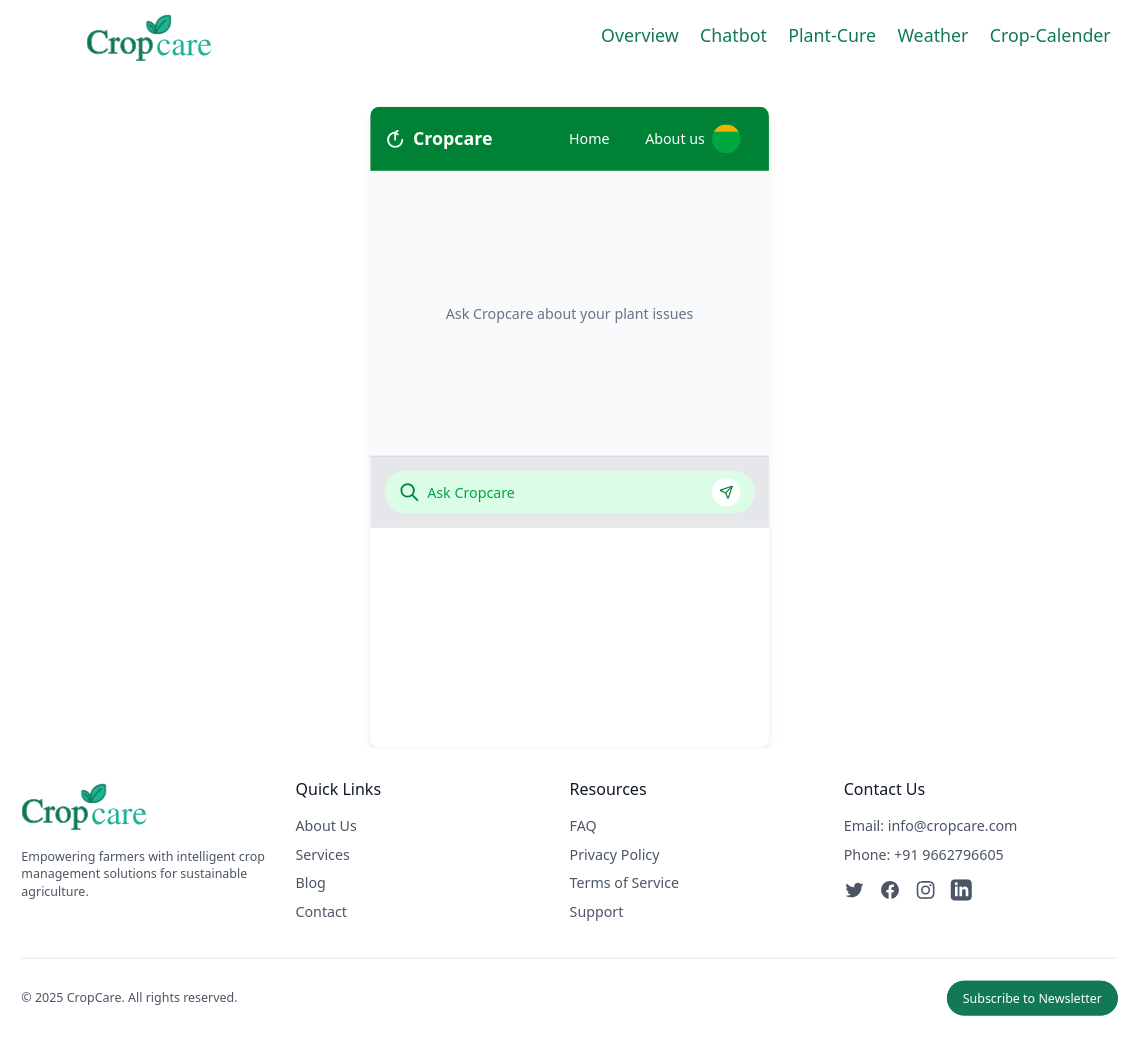
Repository: VishwaaBhavsar/Cropcare
Page: /services/chat
An editor plug-in stored every save of this project. The page is shown before and after the next save, followed by the edit.
The browser window is 1280 px wide. The pictures show the whole page, at 89% of full size.
The project was rebuilt for these pictures with package versions that can differ from the ones it lists, and the page was loaded fresh each time. The framework's server and built-in components were replaced by stand-ins that run in the browser. Also part of the build but not shown: next.config.mjs, src/components/HeroNav.jsx.

Above is the page before, as saved 2025-04-20 10:26:28.

### src/app/layout.js


import { Geist, Geist_Mono } from "next/font/google";
import "./globals.css";
import HeroNav from "@/components/HeroNav";
import HeroFooter from "@/components/HeroFooter";

const geistSans = Geist({
  variable: "--font-geist-sans",
  subsets: ["latin"],
});

const geistMono = Geist_Mono({
  variable: "--font-geist-mono",
  subsets: ["latin"],
});

export const metadata = {
  title: "Create Next App",
  description: "Generated by create next app",
};

export default function RootLayout({ children }) {
  return (
    <html lang="en">
      <body
        className={`${geistSans.variable} ${geistMono.variable} antialiased`}
      >
        <HeroNav/>
        {children}
        <HeroFooter/>
      </body>
    </html>
  );
}

### src/app/services/layout.js

import HeroFooter from "@/components/HeroFooter";
import Navbar from "@/components/Navbar";



export default function ServiceLayout({ children }) {
  return (

      <>
        <Navbar/>
        {children}

      </>

  );
}

### src/app/services/chat/page.js
import Chat from "@/pages/Chat";

const page = () => {
    return (
        <div>
            <Chat/>
        </div>
    );
}

export default page;

### src/app/globals.css
@import "tailwindcss";


@custom-variant dark (&:is(.dark *));

@theme inline {
  --color-background: var(--background);
  --color-foreground: var(--foreground);
  --font-sans: var(--font-geist-sans);
  --font-mono: var(--font-geist-mono);
  --color-sidebar-ring: var(--sidebar-ring);
  --color-sidebar-border: var(--sidebar-border);
  --color-sidebar-accent-foreground: var(--sidebar-accent-foreground);
  --color-sidebar-accent: var(--sidebar-accent);
  --color-sidebar-primary-foreground: var(--sidebar-primary-foreground);
  --color-sidebar-primary: var(--sidebar-primary);
  --color-sidebar-foreground: var(--sidebar-foreground);
  --color-sidebar: var(--sidebar);
  --color-chart-5: var(--chart-5);
  --color-chart-4: var(--chart-4);
  --color-chart-3: var(--chart-3);
  --color-chart-2: var(--chart-2);
  --color-chart-1: var(--chart-1);
  --color-ring: var(--ring);
  --color-input: var(--input);
  --color-border: var(--border);
  --color-destructive: var(--destructive);
  --color-accent-foreground: var(--accent-foreground);
  --color-accent: var(--accent);
  --color-muted-foreground: var(--muted-foreground);
  --color-muted: var(--muted);
  --color-secondary-foreground: var(--secondary-foreground);
  --color-secondary: var(--secondary);
  --color-primary-foreground: var(--primary-foreground);
  --color-primary: var(--primary);
  --color-popover-foreground: var(--popover-foreground);
  --color-popover: var(--popover);
  --color-card-foreground: var(--card-foreground);
  --color-card: var(--card);
  --radius-sm: calc(var(--radius) - 4px);
  --radius-md: calc(var(--radius) - 2px);
  --radius-lg: var(--radius);
  --radius-xl: calc(var(--radius) + 4px);
  --animate-accordion-down: accordion-down 0.2s ease-out;
  --animate-accordion-up: accordion-up 0.2s ease-out;

  @keyframes accordion-down {
    from {
      height: 0;
    }
    to {
      height: var(--radix-accordion-content-height);
    }
  }

  @keyframes accordion-up {
    from {
      height: var(--radix-accordion-content-height);
    }
    to {
      height: 0;
    }
  }
}

:root {
  --radius: 0.625rem;
  --background: oklch(1 0 0);
  --foreground: oklch(0.141 0.005 285.823);
  --card: oklch(1 0 0);
  --card-foreground: oklch(0.141 0.005 285.823);
  --popover: oklch(1 0 0);
  --popover-foreground: oklch(0.141 0.005 285.823);
  --primary: oklch(0.21 0.006 285.885);
  --primary-foreground: oklch(0.985 0 0);
  --secondary: oklch(0.967 0.001 286.375);
  --secondary-foreground: oklch(0.21 0.006 285.885);
  --muted: oklch(0.967 0.001 286.375);
  --muted-foreground: oklch(0.552 0.016 285.938);
  --accent: oklch(0.967 0.001 286.375);
  --accent-foreground: oklch(0.21 0.006 285.885);
  --destructive: oklch(0.577 0.245 27.325);
  --border: oklch(0.92 0.004 286.32);
  --input: oklch(0.92 0.004 286.32);
  --ring: oklch(0.705 0.015 286.067);
  --chart-1: oklch(0.646 0.222 41.116);
  --chart-2: oklch(0.6 0.118 184.704);
  --chart-3: oklch(0.398 0.07 227.392);
  --chart-4: oklch(0.828 0.189 84.429);
  --chart-5: oklch(0.769 0.188 70.08);
  --sidebar: oklch(0.985 0 0);
  --sidebar-foreground: oklch(0.141 0.005 285.823);
  --sidebar-primary: oklch(0.21 0.006 285.885);
  --sidebar-primary-foreground: oklch(0.985 0 0);
  --sidebar-accent: oklch(0.967 0.001 286.375);
  --sidebar-accent-foreground: oklch(0.21 0.006 285.885);
  --sidebar-border: oklch(0.92 0.004 286.32);
  --sidebar-ring: oklch(0.705 0.015 286.067);
}

.dark {
  --background: oklch(0.141 0.005 285.823);
  --foreground: oklch(0.985 0 0);
  --card: oklch(0.21 0.006 285.885);
  --card-foreground: oklch(0.985 0 0);
  --popover: oklch(0.21 0.006 285.885);
  --popover-foreground: oklch(0.985 0 0);
  --primary: oklch(0.92 0.004 286.32);
  --primary-foreground: oklch(0.21 0.006 285.885);
  --secondary: oklch(0.274 0.006 286.033);
  --secondary-foreground: oklch(0.985 0 0);
  --muted: oklch(0.274 0.006 286.033);
  --muted-foreground: oklch(0.705 0.015 286.067);
  --accent: oklch(0.274 0.006 286.033);
  --accent-foreground: oklch(0.985 0 0);
  --destructive: oklch(0.704 0.191 22.216);
  --border: oklch(1 0 0 / 10%);
  --input: oklch(1 0 0 / 15%);
  --ring: oklch(0.552 0.016 285.938);
  --chart-1: oklch(0.488 0.243 264.376);
  --chart-2: oklch(0.696 0.17 162.48);
  --chart-3: oklch(0.769 0.188 70.08);
  --chart-4: oklch(0.627 0.265 303.9);
  --chart-5: oklch(0.645 0.246 16.439);
  --sidebar: oklch(0.21 0.006 285.885);
  --sidebar-foreground: oklch(0.985 0 0);
  --sidebar-primary: oklch(0.488 0.243 264.376);
  --sidebar-primary-foreground: oklch(0.985 0 0);
  --sidebar-accent: oklch(0.274 0.006 286.033);
  --sidebar-accent-foreground: oklch(0.985 0 0);
  --sidebar-border: oklch(1 0 0 / 10%);
  --sidebar-ring: oklch(0.552 0.016 285.938);
}

@layer base {
  * {
    @apply border-border outline-ring/50;
  }
  body {
    @apply bg-background text-foreground;
  }
}

### src/components/HeroFooter.jsx
import Link from "next/link";

const Footer = () => {
  const currentYear = new Date().getFullYear();

  return (
    <footer className="bg-white dark:bg-gray-800 mt-auto">
      <div className="container mx-auto px-6 py-8">
        <div className="flex flex-col md:flex-row justify-between">
          {/* Logo and company description */}
          <div className="mb-6 md:mb-0 md:w-1/4">
            <Link href="/">
              <img src="/logo.svg" className="h-16 bg-transparent mb-4" alt="CropCare Logo" />
            </Link>
            <p className="text-gray-600 dark:text-gray-300 text-sm">
              Empowering farmers with intelligent crop management solutions for sustainable agriculture.
            </p>
          </div>

          {/* Quick Links */}
          <div className="md:w-1/4 mb-6 md:mb-0">
            <h3 className="text-lg font-medium text-gray-900 dark:text-white mb-4">Quick Links</h3>
            <ul>
              <li className="mb-2">
                <Link href="/about" className="text-gray-600 dark:text-gray-300 hover:text-[#117955] hover:underline">About Us</Link>
              </li>
              <li className="mb-2">
                <Link href="/services" className="text-gray-600 dark:text-gray-300 hover:text-[#117955] hover:underline">Services</Link>
              </li>
              <li className="mb-2">
                <Link href="/blog" className="text-gray-600 dark:text-gray-300 hover:text-[#117955] hover:underline">Blog</Link>
              </li>
              <li className="mb-2">
                <Link href="/contact" className="text-gray-600 dark:text-gray-300 hover:text-[#117955] hover:underline">Contact</Link>
              </li>
            </ul>
          </div>

          {/* Resources */}
          <div className="md:w-1/4 mb-6 md:mb-0">
            <h3 className="text-lg font-medium text-gray-900 dark:text-white mb-4">Resources</h3>
            <ul>
              <li className="mb-2">
                <Link href="/faq" className="text-gray-600 dark:text-gray-300 hover:text-[#117955] hover:underline">FAQ</Link>
              </li>
              <li className="mb-2">
                <Link href="/privacy" className="text-gray-600 dark:text-gray-300 hover:text-[#117955] hover:underline">Privacy Policy</Link>
              </li>
              <li className="mb-2">
                <Link href="/terms" className="text-gray-600 dark:text-gray-300 hover:text-[#117955] hover:underline">Terms of Service</Link>
              </li>
              <li className="mb-2">
                <Link href="/support" className="text-gray-600 dark:text-gray-300 hover:text-[#117955] hover:underline">Support</Link>
              </li>
            </ul>
          </div>

          {/* Contact Info */}
          <div className="md:w-1/4">
            <h3 className="text-lg font-medium text-gray-900 dark:text-white mb-4">Contact Us</h3>
            <p className="text-gray-600 dark:text-gray-300 mb-2">Email: info@cropcare.com</p>
            <p className="text-gray-600 dark:text-gray-300 mb-2">Phone: +91 9662796605</p>
            <div className="flex mt-4">
              <a href="#" className="mr-4 text-gray-600 hover:text-[#117955]">
                <span className="sr-only">Twitter</span>
                <svg className="h-6 w-6" fill="currentColor" viewBox="0 0 24 24">
                  <path d="M8.29 20.251c7.547 0 11.675-6.253 11.675-11.675 0-.178 0-.355-.012-.53A8.348 8.348 0 0022 5.92a8.19 8.19 0 01-2.357.646 4.118 4.118 0 001.804-2.27 8.224 8.224 0 01-2.605.996 4.107 4.107 0 00-6.993 3.743 11.65 11.65 0 01-8.457-4.287 4.106 4.106 0 001.27 5.477A4.072 4.072 0 012.8 9.713v.052a4.105 4.105 0 003.292 4.022 4.095 4.095 0 01-1.853.07 4.108 4.108 0 003.834 2.85A8.233 8.233 0 012 18.407a11.616 11.616 0 006.29 1.84"></path>
                </svg>
              </a>
              <a href="#" className="mr-4 text-gray-600 hover:text-[#117955]">
                <span className="sr-only">Facebook</span>
                <svg className="h-6 w-6" fill="currentColor" viewBox="0 0 24 24">
                  <path fillRule="evenodd" d="M22 12c0-5.523-4.477-10-10-10S2 6.477 2 12c0 4.991 3.657 9.128 8.438 9.878v-6.987h-2.54V12h2.54V9.797c0-2.506 1.492-3.89 3.777-3.89 1.094 0 2.238.195 2.238.195v2.46h-1.26c-1.243 0-1.63.771-1.63 1.562V12h2.773l-.443 2.89h-2.33v6.988C18.343 21.128 22 16.991 22 12z" clipRule="evenodd"></path>
                </svg>
              </a>
              <a href="#" className="mr-4 text-gray-600 hover:text-[#117955]">
                <span className="sr-only">Instagram</span>
                <svg className="h-6 w-6" fill="currentColor" viewBox="0 0 24 24">
                  <path fillRule="evenodd" d="M12.315 2c2.43 0 2.784.013 3.808.06 1.064.049 1.791.218 2.427.465a4.902 4.902 0 011.772 1.153 4.902 4.902 0 011.153 1.772c.247.636.416 1.363.465 2.427.048 1.067.06 1.407.06 4.123v.08c0 2.643-.012 2.987-.06 4.043-.049 1.064-.218 1.791-.465 2.427a4.902 4.902 0 01-1.153 1.772 4.902 4.902 0 01-1.772 1.153c-.636.247-1.363.416-2.427.465-1.067.048-1.407.06-4.123.06h-.08c-2.643 0-2.987-.012-4.043-.06-1.064-.049-1.791-.218-2.427-.465a4.902 4.902 0 01-1.772-1.153 4.902 4.902 0 01-1.153-1.772c-.247-.636-.416-1.363-.465-2.427-.047-1.024-.06-1.379-.06-3.808v-.63c0-2.43.013-2.784.06-3.808.049-1.064.218-1.791.465-2.427a4.902 4.902 0 011.153-1.772A4.902 4.902 0 015.45 2.525c.636-.247 1.363-.416 2.427-.465C8.901 2.013 9.256 2 11.685 2h.63zm-.081 1.802h-.468c-2.456 0-2.784.011-3.807.058-.975.045-1.504.207-1.857.344-.467.182-.8.398-1.15.748-.35.35-.566.683-.748 1.15-.137.353-.3.882-.344 1.857-.047 1.023-.058 1.351-.058 3.807v.468c0 2.456.011 2.784.058 3.807.045.975.207 1.504.344 1.857.182.466.399.8.748 1.15.35.35.683.566 1.15.748.353.137.882.3 1.857.344 1.054.048 1.37.058 4.041.058h.08c2.597 0 2.917-.01 3.96-.058.976-.045 1.505-.207 1.858-.344.466-.182.8-.398 1.15-.748.35-.35.566-.683.748-1.15.137-.353.3-.882.344-1.857.048-1.055.058-1.37.058-4.041v-.08c0-2.597-.01-2.917-.058-3.96-.045-.976-.207-1.505-.344-1.858a3.097 3.097 0 00-.748-1.15 3.098 3.098 0 00-1.15-.748c-.353-.137-.882-.3-1.857-.344-1.023-.047-1.351-.058-3.807-.058zM12 6.865a5.135 5.135 0 110 10.27 5.135 5.135 0 010-10.27zm0 1.802a3.333 3.333 0 100 6.666 3.333 3.333 0 000-6.666zm5.338-3.205a1.2 1.2 0 110 2.4 1.2 1.2 0 010-2.4z" clipRule="evenodd"></path>
                </svg>
              </a>
              <a href="#" className="text-gray-600 hover:text-[#117955]">
                <span className="sr-only">LinkedIn</span>
                <svg className="h-6 w-6" fill="currentColor" viewBox="0 0 24 24">
                  <path d="M19 0h-14c-2.761 0-5 2.239-5 5v14c0 2.761 2.239 5 5 5h14c2.762 0 5-2.239 5-5v-14c0-2.761-2.238-5-5-5zm-11 19h-3v-11h3v11zm-1.5-12.268c-.966 0-1.75-.79-1.75-1.764s.784-1.764 1.75-1.764 1.75.79 1.75 1.764-.783 1.764-1.75 1.764zm13.5 12.268h-3v-5.604c0-3.368-4-3.113-4 0v5.604h-3v-11h3v1.765c1.396-2.586 7-2.777 7 2.476v6.759z"></path>
                </svg>
              </a>
            </div>
          </div>
        </div>

        {/* Bottom copyright */}
        <div className="border-t border-gray-200 dark:border-gray-700 mt-8 pt-8 flex flex-col md:flex-row justify-between items-center">
          <p className="text-sm text-gray-600 dark:text-gray-300">
            © {currentYear} CropCare. All rights reserved.
          </p>
          <div className="mt-4 md:mt-0">
            <Link href="/subscribe" className="font-medium px-4 py-2 text-sm text-white bg-[#117955] rounded-3xl border-[#117955] border-[2px] hover:bg-white hover:text-[#117955]">
              Subscribe to Newsletter
            </Link>
          </div>
        </div>
      </div>
    </footer>
  );
}

export default Footer;

### src/components/Navbar.jsx
// import Link from "next/link";

// const Navbar = () => {

//     return (
//                 <div className=" z-10 flex flex-row bg-white dark:bg-gray-800 sticky top-0 left-0 right-0 h-20 items-center justify-between p-5">
//                     <Link href='/'><img src={'/logo.svg'} className="h-16 bg-transparent ml-[6vw]"/></Link>
//                     <div>
//                         <Link href='/services' className="text-[#117955] hover:text-[#20B297] text-xl font-medium mx-3">Overview</Link>
//                         <Link href='/services/chat' className="text-[#117955] hover:text-[#20B297] text-xl font-medium mx-3">Chatbot</Link>
//                         <Link href='/services/cure' className="text-[#117955] hover:text-[#20B297] text-xl font-medium mx-3">Plant-Cure</Link>
//                         <Link href='/services/weather' className="text-[#117955] hover:text-[#20B297] text-xl font-medium mx-3">Weather</Link>
//                      </div>
//                 </div>
//             );
//         }
// export default Navbar;

'use client'
import Link from "next/link";
import { usePathname } from "next/navigation";
const Navbar = () => {
    const location = usePathname();
    const isHome = location!='/services';
    return (
        <div className=" z-10 flex flex-row bg-white dark:bg-gray-800 sticky top-0 left-0 right-0 h-20 items-center justify-between p-5">
            <Link href='/'><img src={'/logo.svg'} className="h-16 bg-transparent ml-[6vw]" /></Link>
            <div>

                <Link href='/services' className="text-[#117955] hover:text-[#20B297] text-xl font-medium mx-3">Overview</Link>
            {isHome &&
            <>
                <Link href='/services/chat' className="text-[#117955] hover:text-[#20B297] text-xl font-medium mx-3">Chatbot</Link>
                <Link href='/services/cure' className="text-[#117955] hover:text-[#20B297] text-xl font-medium mx-3">Plant-Cure</Link>
                <Link href='/services/weather' className="text-[#117955] hover:text-[#20B297] text-xl font-medium mx-3">Weather</Link>
                <Link href='/services/calendar' className="text-[#117955] hover:text-[#20B297] text-xl font-medium mx-3">Crop-Calender</Link>
            </>
            }
            </div>
        </div>
    );
}
export default Navbar;

### src/pages/Chat.jsx
"use client";

import { useState, useRef, useEffect } from 'react';
import { Send } from 'lucide-react';

const Chat = () => {
    const [message, setMessage] = useState('');
    const [chatHistory, setChatHistory] = useState([]);
    const [isLoading, setIsLoading] = useState(false);
    const chatContainerRef = useRef(null);

    // Scroll to bottom of chat whenever history changes
    useEffect(() => {
        if (chatContainerRef.current) {
            chatContainerRef.current.scrollTop = chatContainerRef.current.scrollHeight;
        }
    }, [chatHistory]);

    const handleSendMessage = () => {
        if (!message.trim()) return;

        // Add user message to chat history
        setChatHistory(prev => [...prev, { type: 'user', content: message }]);

        // Clear input field
        setMessage('');

        // Simulate response (replace with your actual API call)
        setIsLoading(true);
        setTimeout(() => {
            // This is where you would integrate your actual chatbot API
            setChatHistory(prev => [...prev, {
                type: 'bot',
                content: "This is a sample response. Connect your actual chatbot API here."
            }]);
            setIsLoading(false);
        }, 1000);
    };

    return (
        <div className="w-full max-w-md mx-auto rounded-lg overflow-hidden shadow-lg min-h-screen mt-10 bg-white">
            {/* Chat Header */}
            <div className="bg-green-700 text-white p-4 flex items-center">
                <div className="text-xl font-bold flex items-center">
                    <svg viewBox="0 0 24 24" className="h-6 w-6 mr-2" fill="none" xmlns="http://www.w3.org/2000/svg">
                        <path d="M12 5C7.58172 5 4 8.58172 4 13C4 17.4183 7.58172 21 12 21C16.4183 21 20 17.4183 20 13" stroke="currentColor" strokeWidth="2" strokeLinecap="round"/>
                        <path d="M15 3L12 5L15 7" stroke="currentColor" strokeWidth="2" strokeLinecap="round" strokeLinejoin="round"/>
                        <path d="M12 5V13" stroke="currentColor" strokeWidth="2" strokeLinecap="round"/>
                    </svg>
                    Cropcare
                </div>
                <div className="ml-auto flex space-x-2">
                    <button className="text-white px-4 py-1 rounded">Home</button>
                    <button className="text-white px-4 py-1 rounded flex items-center">
                        About us
                        <div className="h-8 w-8 rounded-full bg-green-600 ml-2 overflow-hidden">
                            <div className="bg-yellow-500 h-2 w-8"></div>
                        </div>
                    </button>
                </div>
            </div>

            {/* Chat Messages */}
            <div
                ref={chatContainerRef}
                className="h-80 p-4 overflow-y-auto bg-gray-50"
            >
                {chatHistory.length === 0 ? (
                    <div className="flex justify-center items-center h-full">
                        <p className="text-gray-500">Ask Cropcare about your plant issues</p>
                    </div>
                ) : (
                    chatHistory.map((chat, index) => (
                        <div key={index} className={`mb-4 ${chat.type === 'user' ? 'text-right' : ''}`}>
                            <div
                                className={`inline-block p-3 rounded-lg max-w-xs md:max-w-md ${
                                    chat.type === 'user'
                                        ? 'bg-green-100 text-green-800'
                                        : 'bg-green-700 text-white'
                                }`}
                            >
                                {chat.content}
                            </div>
                        </div>
                    ))
                )}
                {isLoading && (
                    <div className="flex justify-start mb-4">
                        <div className="bg-green-700 text-white p-3 rounded-lg">
                            <div className="flex space-x-2">
                                <div className="w-2 h-2 rounded-full bg-white animate-bounce"></div>
                                <div className="w-2 h-2 rounded-full bg-white animate-bounce" style={{animationDelay: '0.2s'}}></div>
                                <div className="w-2 h-2 rounded-full bg-white animate-bounce" style={{animationDelay: '0.4s'}}></div>
                            </div>
                        </div>
                    </div>
                )}
            </div>

            {/* Chat Input */}
            <div className="p-4 bg-gray-200 border-t border-gray-300">
                <div className="flex items-center bg-green-100 rounded-full px-4 py-2">
                    <svg className="w-6 h-6 text-green-700 mr-2" fill="none" stroke="currentColor" viewBox="0 0 24 24" xmlns="http://www.w3.org/2000/svg">
                        <path strokeLinecap="round" strokeLinejoin="round" strokeWidth="2" d="M21 21l-6-6m2-5a7 7 0 11-14 0 7 7 0 0114 0z"></path>
                    </svg>
                    <input
                        type="text"
                        value={message}
                        onChange={(e) => setMessage(e.target.value)}
                        onKeyPress={(e) => e.key === 'Enter' && handleSendMessage()}
                        placeholder="Ask Cropcare"
                        className="flex-1 bg-transparent outline-none text-green-800 placeholder-green-600"
                    />
                    <button
                        onClick={handleSendMessage}
                        className="ml-2 bg-white rounded-full p-2 text-green-700 hover:bg-green-50"
                    >
                        <Send size={16} />
                    </button>
                </div>
            </div>
        </div>
    );
};

export default Chat;

After the next save:
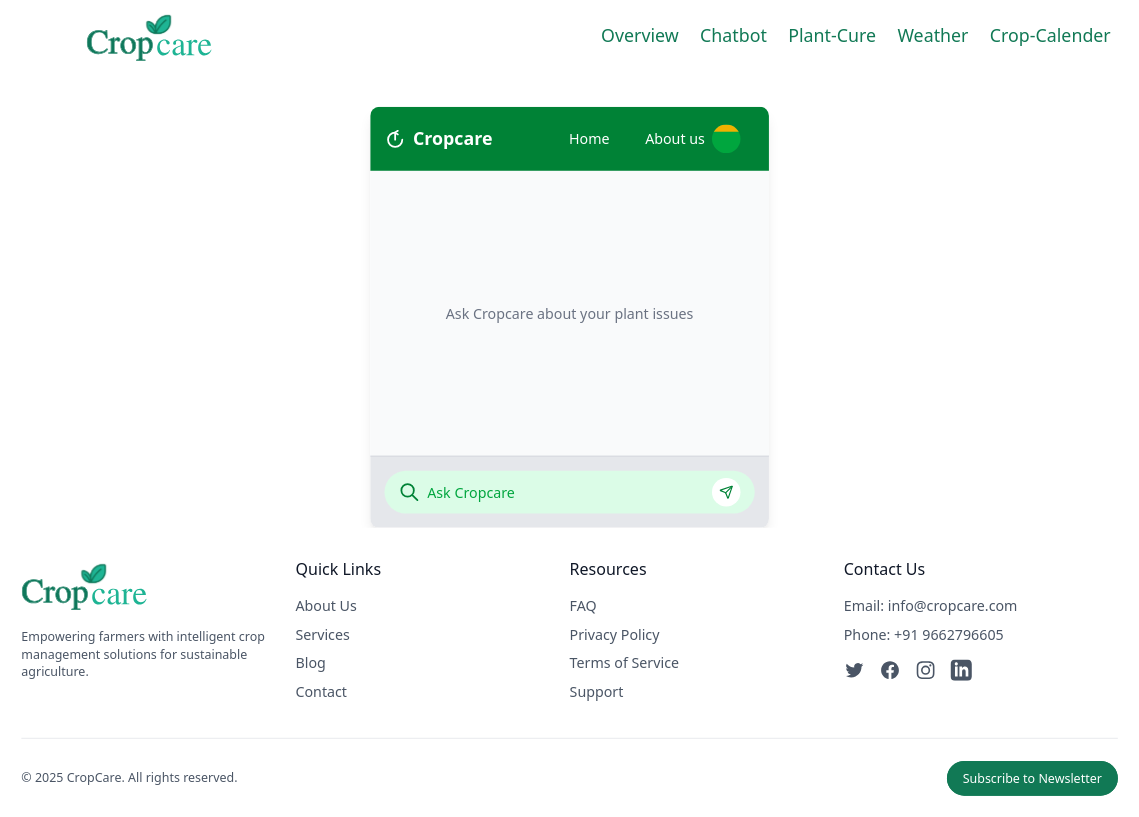
Saved 29 s later.
--- a/src/pages/Chat.jsx
+++ b/src/pages/Chat.jsx
@@ -38,7 +38,7 @@ const Chat = () => {
     };
 
     return (
-        <div className="w-full max-w-md mx-auto rounded-lg overflow-hidden shadow-lg min-h-screen mt-10 bg-white">
+        <div className="w-full max-w-md mx-auto rounded-lg overflow-hidden shadow-lg  mt-10 bg-white">
             {/* Chat Header */}
             <div className="bg-green-700 text-white p-4 flex items-center">
                 <div className="text-xl font-bold flex items-center">
